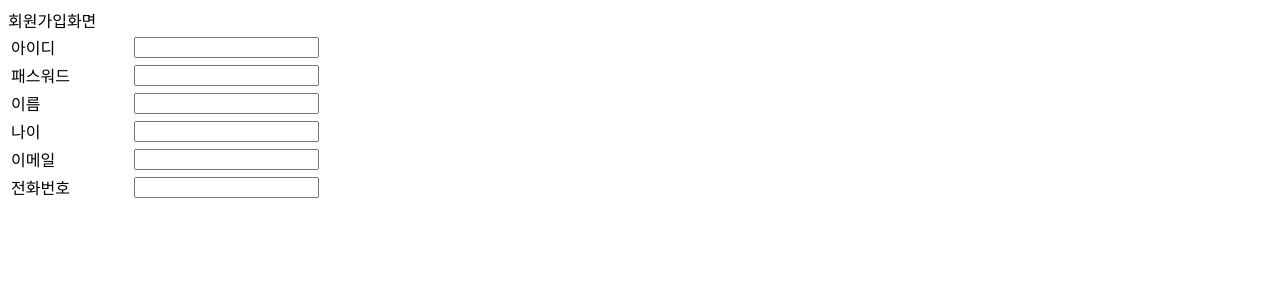
Repository: eastzi/workspace.edu
Page: MVC01/src/main/webapp/member/memberRegister.html
An editor plug-in stored every save of this project. The page is shown before and after the next save, followed by the edit.
The browser window is 1280 px wide. The pictures show the whole page.

Above is the page before, as saved 2022-10-13 02:35:35.

After the next save:
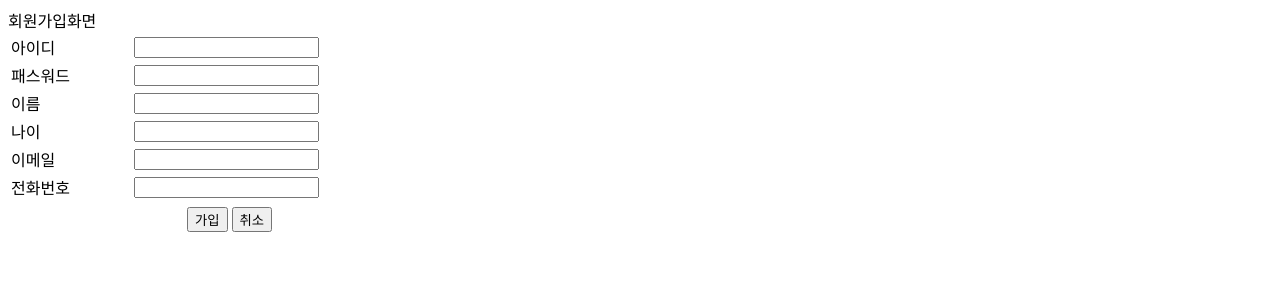
Saved 83 s later.
--- a/MVC01/src/main/webapp/member/memberRegister.html
+++ b/MVC01/src/main/webapp/member/memberRegister.html
@@ -39,6 +39,12 @@
   <tr>
     <td class="tg-0lax" colspan="2"></td>
   </tr>
+  <tr>
+    <td colspan="2" align="center">
+      <input type="submit" value="가입" />
+      <input type="reset" value="취소" />
+    </td>
+  </tr>
 
 </table>
 </body>
